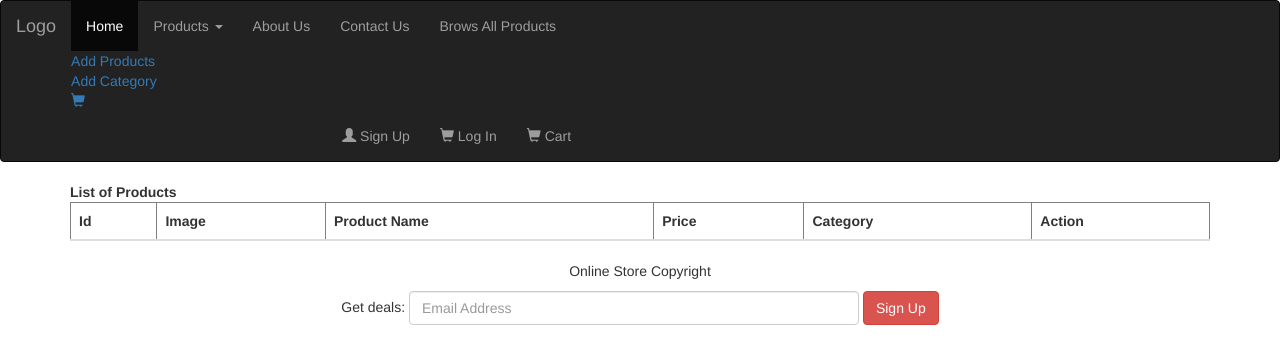
Repository: Binny16/-My-project
Page: http://localhost/online_shopping/WEB-INF/view/Listofproducts.jsp
These files come from the project's save history. The page is drawn as it stood at one moment and after the next save; the edit follows.
The browser window is 1280 px wide. The pictures show the whole page.
The page is served by Tomcat 9. Nobody is signed in. The template is opened directly, without the code that normally fills it, so the values that code supplies are empty.

Above is the page before, as saved 2018-09-17 06:33:14.
Console error: TypeError: $(...).DataTable is not a function

After the next save:
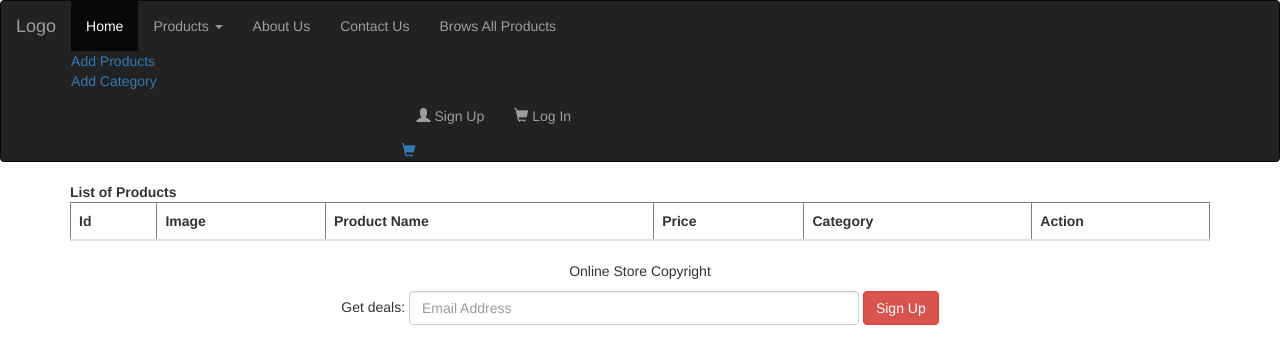
Saved 50 s later.
--- a/18-9-2018/binny/online_shopping/src/main/webapp/WEB-INF/view/Header.jsp
+++ b/18-9-2018/binny/online_shopping/src/main/webapp/WEB-INF/view/Header.jsp
@@ -53,9 +53,7 @@
           <li><a href="${pageContext.request.contextPath}/Category">Add Category</a></li>
          </security:authorize>
 
-         <security:authorize access="hasRole('ROLE_USER')">
-			   <li><a href="#"><span class="glyphicon glyphicon-shopping-cart"></span></a></li>
-			   </security:authorize>
+
 
 
 
@@ -73,7 +71,9 @@
 				<li><a href="<c:url value='/j_spring_security_logout'></c:url>">Log out</a></li>
 			    </c:if>
 
-        <li><a href="#"><span class="glyphicon glyphicon-shopping-cart"></span> Cart</a></li>
+        <security:authorize access="hasRole('ROLE_USER')">
+			   <li><a href="#"><span class="glyphicon glyphicon-shopping-cart"></span></a></li>
+			   </security:authorize>
       </ul>
     </div>
   </div>
